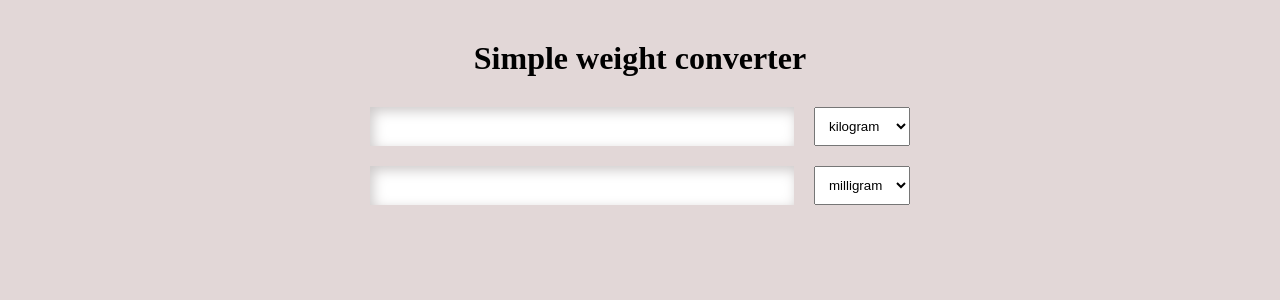
Repository: Eugene44-hub/weight-converter
Page: index.html
The author's editor kept a copy of each file at every save. The page is drawn from the files as they stood at one save, then again after the next save.
The browser window is 1280 px wide. The pictures show the whole page.

Above is the page before, as saved 2021-09-20 05:17:15.

After the next save:
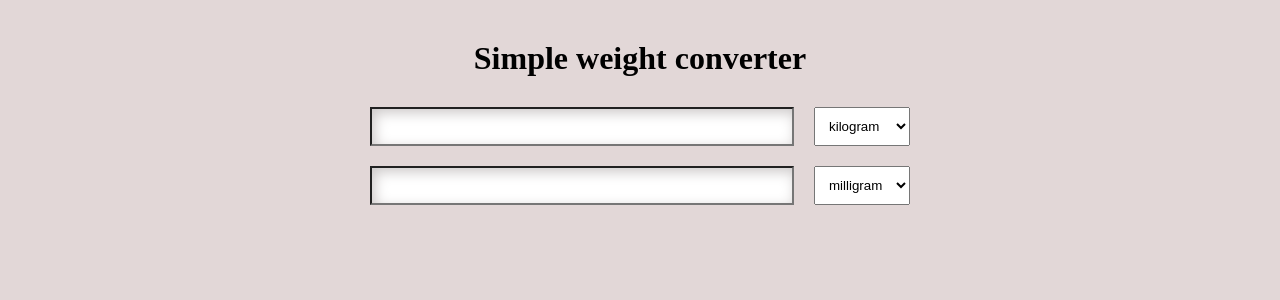
Saved 38 s later.
--- a/style.css
+++ b/style.css
@@ -11,8 +11,6 @@ body {
 input {
     padding: 10px;
     flex: 50%;
-    outline: none;
-    border: none;
     box-shadow: inset 3px 4px 13px rgb(204, 200, 200);
 }
 
